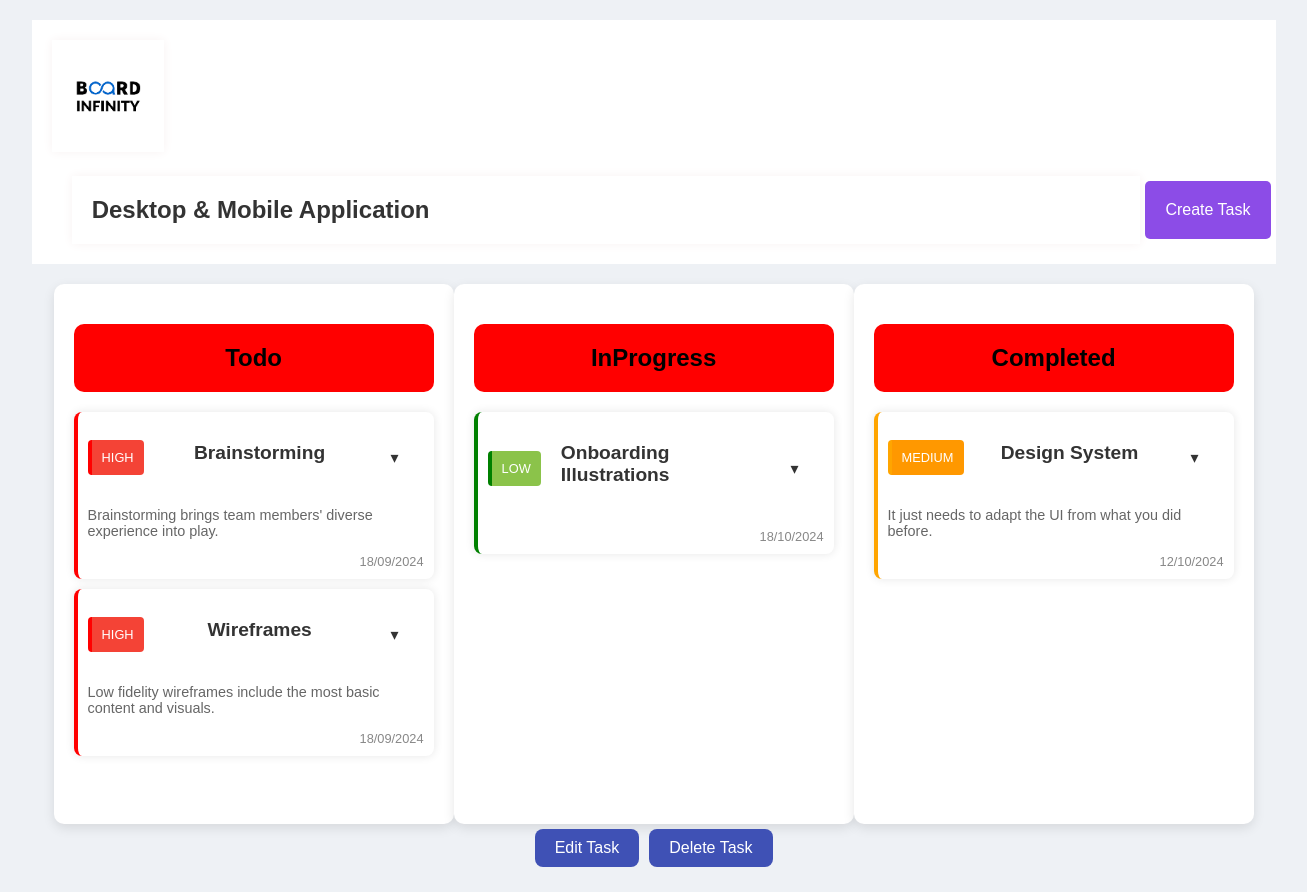
Repository: tanya2468/todo
Page: /
These files come from the project's save history. The page is drawn as it stood at one moment and after a run of saves; the edit follows.
The browser window is 1280 px wide. The page is 1307 px wide, so the pictures cover 1307 px, including what lies to the right of the window. The pictures show the whole page.
The project was rebuilt for these pictures with package versions that can differ from the ones it lists, and the page was loaded fresh each time. Also part of the build but not shown: src/TaskModal.css, src/TaskModal.js, src/EditTaskModal.js, src/DeleteTaskModal.js.

Above is the page before, as saved 2024-09-08 17:29:36.

### src/App.js
import React, { useState } from "react";
import "./App.css";
import TaskBoard from "./TaskBoard";
import TaskModal from "./TaskModal";
import Dashboard from "./components/Dashboard";
import EditTaskModal from "./EditTaskModal"; // Import the new edit modal component
import DeleteTaskModal from "./DeleteTaskModal"; // Import the new delete modal component

const initialTasks = {
  todo: [
    {
      id: 1,
      title: "Brainstorming",
      description: "Brainstorming brings team members' diverse experience into play.",
      priority: "High",
      date: "18/09/2024",
      status: "todo"
    },
    {
      id: 2,
      title: "Wireframes",
      description: "Low fidelity wireframes include the most basic content and visuals.",
      priority: "High",
      date: "18/09/2024",
      status: "todo"
    }
  ],
  inProgress: [
    {
      id: 3,
      title: "Onboarding Illustrations",
      description: "",
      priority: "Low",
      date: "18/10/2024",
      status: "inProgress"
    }
  ],
  completed: [
    {
      id: 4,
      title: "Design System",
      description: "It just needs to adapt the UI from what you did before.",
      priority: "Medium",
      date: "12/10/2024",
      status: "completed"
    }
  ]
};

function App() {
  const [tasks, setTasks] = useState(initialTasks);
  const [isCreateModalOpen, setIsCreateModalOpen] = useState(false);
  const [isEditModalOpen, setIsEditModalOpen] = useState(false);
  const [isDeleteModalOpen, setIsDeleteModalOpen] = useState(false);

  // Function to handle adding a new task
  const addTask = (newTask) => {
    setTasks(prevTasks => ({
      ...prevTasks,
      [newTask.status]: [...prevTasks[newTask.status], newTask]
    }));
  };

  const updateTaskStatus = (taskId, newStatus) => {
    const updatedTasks = { todo: [], inProgress: [], completed: [] };

    Object.keys(tasks).forEach(status => {
      tasks[status].forEach(task => {
        if (task.id === taskId) {
          task.status = newStatus;
          updatedTasks[newStatus].push(task);
        } else {
          updatedTasks[task.status].push(task);
        }
      });
    });

    setTasks(updatedTasks);
  };

  const deleteTask = (taskId) => {
    const updatedTasks = { ...tasks };
    Object.keys(updatedTasks).forEach((status) => {
      updatedTasks[status] = updatedTasks[status].filter((task) => task.id !== taskId);
    });
    setTasks(updatedTasks);
  };

  const saveTask = (editedTask) => {
    const updatedTasks = { ...tasks };
    updatedTasks[editedTask.status] = updatedTasks[editedTask.status].map(task =>
      task.id === editedTask.id ? editedTask : task
    );
    setTasks(updatedTasks);
  };

  return (
    <div className="app">

      {/* Dashboard component contains the logo, title, and create task button */}
      <Dashboard onCreateTask={() => setIsCreateModalOpen(true)} />

      {/* TaskBoard displays the tasks */}
      <TaskBoard
        tasks={tasks}
        updateTaskStatus={updateTaskStatus}
      />

      {/* Buttons to trigger the edit and delete modals */}
      <div className="task-actions">
        <button onClick={() => setIsEditModalOpen(true)}>Edit Task</button>
        <button onClick={() => setIsDeleteModalOpen(true)}>Delete Task</button>
      </div>

      {/* Modal for creating new tasks */}
      {isCreateModalOpen && (
        <TaskModal
          onClose={() => setIsCreateModalOpen(false)}
          onCreate={addTask}
        />
      )}

      {/* Modal for editing tasks */}
      {isEditModalOpen && (
        <EditTaskModal
          tasks={tasks}
          onClose={() => setIsEditModalOpen(false)}
          onSave={saveTask}
        />
      )}

      {/* Modal for deleting tasks */}
      {isDeleteModalOpen && (
        <DeleteTaskModal
          tasks={tasks}
          onClose={() => setIsDeleteModalOpen(false)}
          onDelete={deleteTask}
        />
      )}
    </div>
  );
}

export default App;

### src/App.css
/* General Styling */
body {
  font-family: 'Arial', sans-serif;
  background-color: #eef1f5;
  color: #333;
  margin: 0;
  padding: 0;
}

h1, h2, h3 {
  color: #333;
}

button {
  background-color: #3f51b5;
  color: white;
  border: none;
  padding: 10px 20px;
  margin: 5px;
  border-radius: 8px;
  cursor: pointer;
  font-size: 1rem;
  transition: background-color 0.3s ease;
}

button:hover {
  background-color: #2c3d9b;
}

/* Header */
header {
  display: flex;
  justify-content: space-between;
  align-items: center;
  width: 90%;
  padding: 10px 20px;
  background-color: #fff;
  box-shadow: 0 2px 4px rgba(0, 0, 0, 0.1);
}

header .logo {
  font-size: 1.5rem;
  font-weight: bold;
}

header .title {
  font-size: 2rem;
  color: #333;
}

.create-task-button {
  background-color: #6c5ce7;
  color: white;
  padding: 10px 20px;
  border: none;
  border-radius: 5px;
  cursor: pointer;
}

/* App Container */
.app {
  display: flex;
  flex-direction: column;
  align-items: center;
  justify-content: center;
  width: 99%;
  background-color: #eef1f5;
  padding: 20px;
}

/* Task Board */
.task-board {
  display: flex;
  justify-content: space-between;
  width: 100%;
  max-width: 1200px;
  margin-top: 20px;
}

/* Task Column */
.task-column {
  background-color: white;
  padding: 20px;
  border-radius: 10px;
  box-shadow: 0px 4px 12px rgba(0, 0, 0, 0.1);
  width: 30%;
  min-height: 500px;
  transition: transform 0.2s ease;
}

.task-column:hover {
  transform: translateY(-5px);
}

.task-column h2 {
  text-align: center;
  font-size: 1.5rem;
  color: black;
  background-color:red;
  border-radius: 10px;
  padding: 20px;
}

/* Task Card */
.task-card {
  background-color: red;
  padding: 20px;
  border-radius: 8px;
  margin-bottom: 15px;
  box-shadow: 0 2px 5px rgba(0, 0, 0, 0.1);
  transition: box-shadow 0.3s ease;
  position: relative;
}

.task-card:hover {
  box-shadow: 0 5px 15px rgba(0, 0, 0, 0.2);
}

.task-card h3 {
  font-size: 1.2rem;
  margin-top: 10px;
  padding:10px;


}

.task-card p {
  font-size: 0.9rem;
  color: #666;
}

/* Task Header */
.task-header {
  display: flex;
  justify-content: space-between;
  align-items: center;
}

/* Task Footer */
.task-footer {
  text-align: right;
  color: #888;
  font-size: 0.8rem;
}

/* Priority */
.priority {
  padding: 3px 6px;
  border-radius: 4px;
  font-size: 0.8rem;
  text-transform: uppercase;
  margin-right: 10px;
}

.priority.high {
  background-color: #f44336;
  color: white;
}

.priority.medium {
  background-color: #ff9800;
  color: white;
}

.priority.low {
  background-color: #8bc34a;
  color: white;
}

/* Dropdown */
.dropdown {
  position: relative;
  display: inline-block;
}

.dropdown-toggle {
  background: none;

  cursor: pointer;
  color: #333;
}

.dropdown-menu {
  position: absolute;
  background-color: white;
  border: 1px solid #ddd;
  box-shadow: 0 2px 5px rgba(0, 0, 0, 0.1);
  border-radius: 6px;
  list-style: none;
  padding: 15px;
  margin: 0;
  top: 100%;
  right: 0;
  z-index: 100;
  width: 120px;
}

.dropdown-menu li {
  padding: 5px;
  cursor: pointer;
  text-align: left;
}

.dropdown-menu li:hover {
  background-color: #f0f0f0;
}

/* Modal */
.modal-overlay {
  position: fixed;
  width: 100%;
  height: 100%;
  background: rgba(0, 0, 0, 0.4);
  display: flex;
  align-items: center;
  justify-content: center;
}

.modal {
  background: white;
  padding: 30px;
  border-radius: 10px;
  width: 100%;
  max-width: 500px;
  box-shadow: 0 5px 20px rgba(0, 0, 0, 0.2);
}

.modal h2 {
  margin-top: 20px;
}

.modal .input-group {
  margin-bottom: 15px;
}

.modal .input-group label {
  display: block;
  margin-bottom: 5px;
  padding: 10px;
  font-weight: bold;
}

.modal .input-group input,
.modal .input-group textarea,
.modal .input-group select {
  width: 100%;
  padding: 10px;
  border-radius: 4px;
  border: 1px solid #ccc;
}

.modal .input-group textarea {
  height: 80px;
}

.modal footer {
  text-align: center;
}

.modal footer button {
  padding: 10px 15px;
}

.cancel-button {
  background-color: #f44336;
}

.create-button {
  background-color: #634caf;
}

.cancel-button:hover {
  background-color: #d32f2f;
}

.create-button:hover {
  background-color: #388e3c;
}

### src/TaskBoard.js
import React from 'react';
import TaskCard from './TaskCard';

const TaskBoard = ({ tasks, updateTaskStatus }) => {
  const handleDragOver = (e) => {
    e.preventDefault(); // Allow the drop by preventing the default behavior
  };

  const handleDrop = (e, newStatus) => {
    const taskId = e.dataTransfer.getData('taskId'); // Retrieve the task ID from the dragged item
    updateTaskStatus(Number(taskId), newStatus); // Update task status when dropped
  };

  return (
    <div className="task-board">
      {Object.keys(tasks).map((status) => (
        <div
          key={status}
          className="task-column"
          onDragOver={handleDragOver} // Allow the drop in this column
          onDrop={(e) => handleDrop(e, status)} // Handle dropping tasks into the appropriate column
        >
          <h2>{status.charAt(0).toUpperCase() + status.slice(1)}</h2>
          {tasks[status].map((task) => (
            <TaskCard
              key={task.id}
              task={task}
              updateTaskStatus={updateTaskStatus} // Pass down to TaskCard
            />
          ))}
        </div>
      ))}
    </div>
  );
};

export default TaskBoard;

### src/components/Dashboard.js
import React from "react";
import './Dashboard.css'; // Ensure to include your CSS for styles.
import images from '../assets/images.png'; // Path to your logo image.

const Dashboard = ({ onCreateTask }) => {
  return (
    <div className="dashboard-header">
      <div className="dashboard-logo">
        {/* Display the Board Infinity Logo */}
        <img src={images} alt="Board Infinity Logo" />
      </div>

      <div className="dashboard-content">
        <div className="dashboard-title">
          {/* Title in the center */}
          <h1>Desktop & Mobile Application</h1>
        </div>

        <div className="dashboard-create-task">
          {/* Create Task button aligned to the right */}
          <button onClick={onCreateTask} className="create-task-button">
            Create Task
          </button>
        </div>
      </div>
    </div>
  );
};

export default Dashboard;

### src/TaskCard.js
import React, { useState } from "react";
import "./TaskCard.css";

const TaskCard = ({ task, updateTaskStatus }) => {
  const { id, title, description, priority, date } = task;
  const [showDropdown, setShowDropdown] = useState(false);

  const handleStatusChange = (newStatus) => {
    setShowDropdown(false);
    updateTaskStatus(id, newStatus);
  };

  const handleDragStart = (e) => {
    e.dataTransfer.setData("taskId", id); // Store task ID in the dataTransfer object
  };

  return (
    <div
      className={`task-card ${priority.toLowerCase()}`}
      draggable
      onDragStart={handleDragStart} // Add drag event
    >
      <div className="task-header">
        <span className={`priority ${priority.toLowerCase()}`}>{priority}</span>
        <h3>{title}</h3>
        <div className="dropdown">
          <button
            className="dropdown-toggle"
            onClick={() => setShowDropdown(!showDropdown)}
          >
            &#9662;
          </button>
          {showDropdown && (
            <ul className="dropdown-menu">
              <p><b><i>ChangeStatus</i></b></p>
              <li onClick={() => handleStatusChange("todo")}>Todo</li>
              <li onClick={() => handleStatusChange("inProgress")}>In Progress</li>
              <li onClick={() => handleStatusChange("completed")}>Completed</li>
            </ul>
          )}
        </div>
      </div>
      <p>{description}</p>
      <div className="task-footer">
        <span>{date}</span>
      </div>
    </div>
  );
};

export default TaskCard;

### src/components/Dashboard.css
.dashboard-header {
    display: flex;
    flex-direction: column;
    align-items: left;
    padding: 20px;
    width: 95%;
    background-color: #fff; /* Background color of the header */
}

.dashboard-logo img {
    height: 80px; /* Adjust the height of the logo */
    padding: 16px;
    margin-bottom: 20px;
    max-width: 150px;
    align-items:left;
    box-shadow: 0 0 10px rgb(248, 242, 242);
}

.dashboard-content {
    display: flex;
    justify-content: space-between;
    align-items: left;
    width: 100%; /* Ensures it takes the full width */
    padding: 0 20px; /* Adds padding for spacing */
}

.dashboard-title {
    flex: 1;
    text-align: left;
    box-shadow: 0 0 10px rgb(248, 242, 242);
    padding: 20px;
    /* Removed margin-bottom to keep everything in the same row */
}

.dashboard-title h1 {
    font-size: 24px;
    margin: 0;
}

.dashboard-create-task {
    display: flex;
    justify-content: flex-end;

}

.dashboard-create-task .create-task-button {
    background-color: #8c4ce7;
    color: #fff;
    padding: 10px 20px;
    border: none;
    border-radius: 5px;
    cursor: pointer;
    font-size: 16px;
}

.dashboard-create-task .create-task-button:hover {
    background-color: #863ce6;
}

### src/TaskCard.css
.task-card {
    background-color: white;
    border-radius: 8px;
    padding: 20px;
    margin: 10px 0;
    box-shadow: 0 0 10px rgba(0, 0, 0, 0.1);
  }

  .high {
    border-left: 4px solid red;
    padding: 10px;
  }

  .medium {
    border-left: 4px solid orange;
    padding: 10px;
  }

  .low {
    border-left: 4px solid green;
    padding: 10px;
  }

Loaded but not shown: public/index.html (common file); src/index.js (common file); src/index.css (common file); src/reportWebVitals.js (common file)

After the next 2 saves:
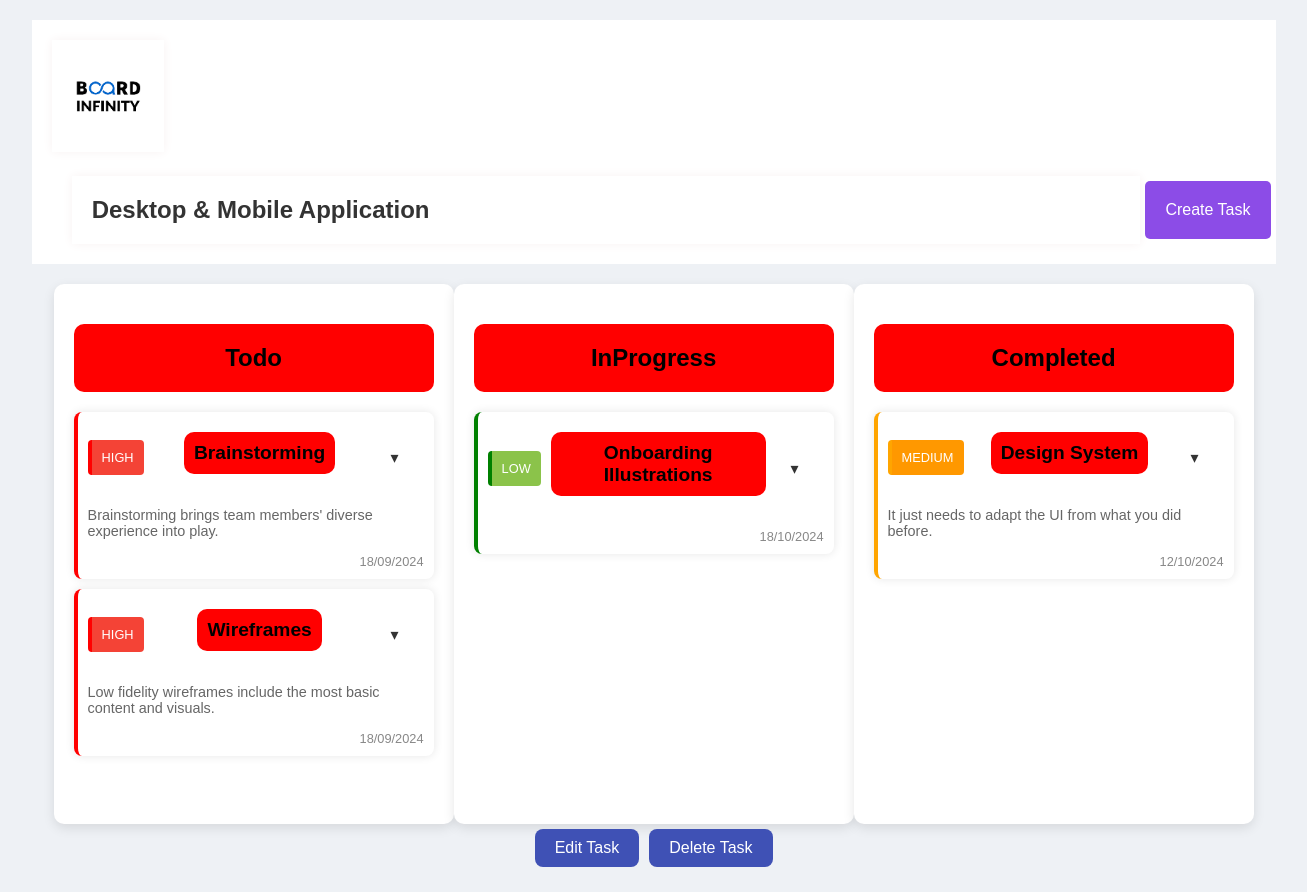
The 2 saves are shown as one change because they came seconds apart.
The last was saved 38 s later.
--- a/src/App.css
+++ b/src/App.css
@@ -93,6 +93,14 @@
 }
 
 .task-column h2 {
+  text-align: center;
+  font-size: 1.5rem;
+  color: black;
+  background-color:red;
+  border-radius: 10px;
+  padding: 20px;
+}
+.task-column h3 {
   text-align: center;
   font-size: 1.5rem;
   color: black;

After the 2 saves that followed:
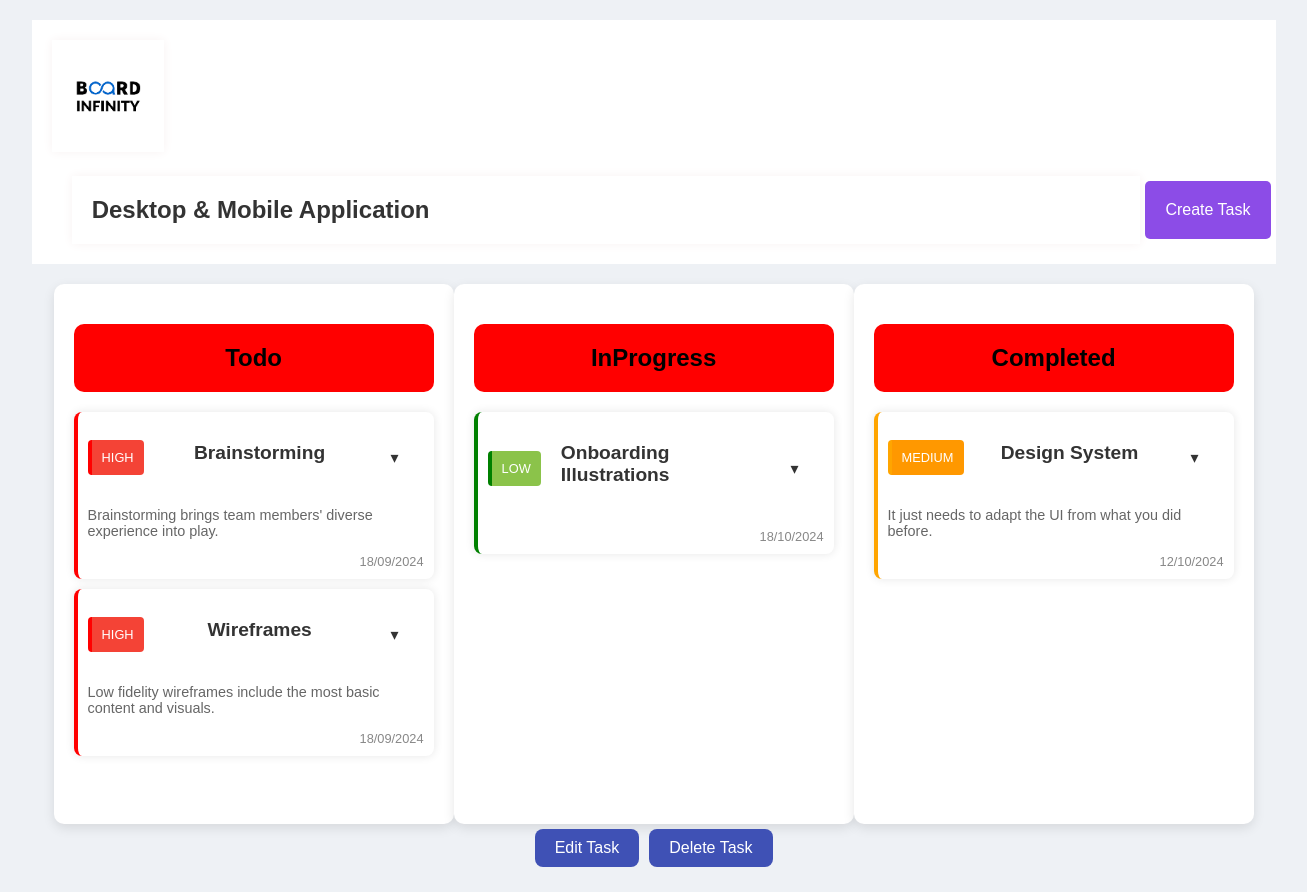
The 2 saves are shown as one change because they came seconds apart.
The last was saved 8 s later.
--- a/src/App.css
+++ b/src/App.css
@@ -100,7 +100,7 @@
   border-radius: 10px;
   padding: 20px;
 }
-.task-column h3 {
+.task-column2 h2 {
   text-align: center;
   font-size: 1.5rem;
   color: black;
